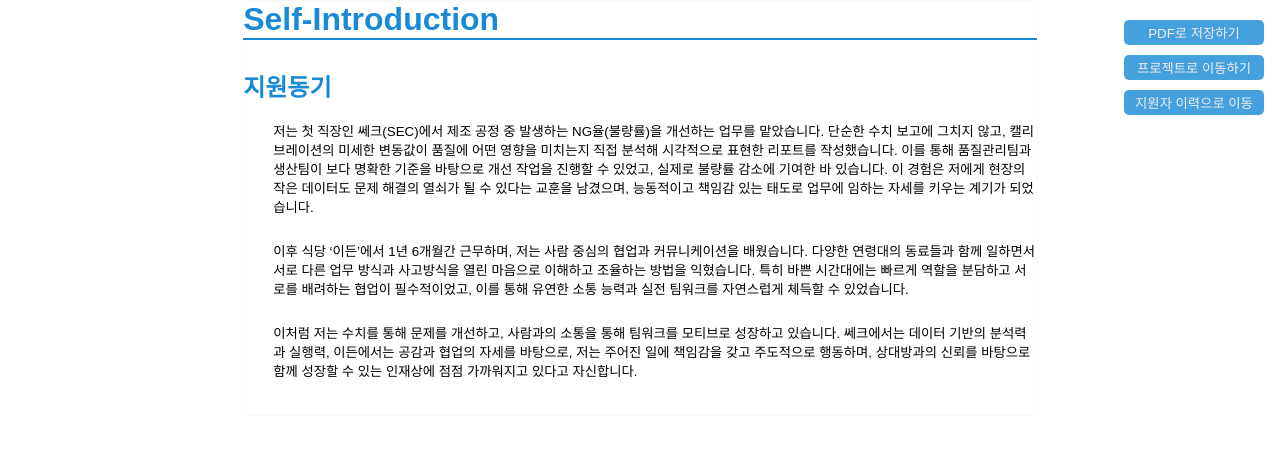
Repository: DooBae-KR/MySelf
Page: /myIntro
These files come from the project's save history. The page is drawn as it stood at one moment and after the next save; the edit follows.
The browser window is 1280 px wide. The pictures show the whole page.
The project was rebuilt for these pictures with package versions that can differ from the ones it lists, and the page was loaded fresh each time. Also part of the build but not shown: src/data/ProjectData.js, src/pages/Project.js, src/data/MyInform.js, src/pages/Myself.js.

Above is the page before, as saved 2025-07-24 19:23:18.

After the next save:
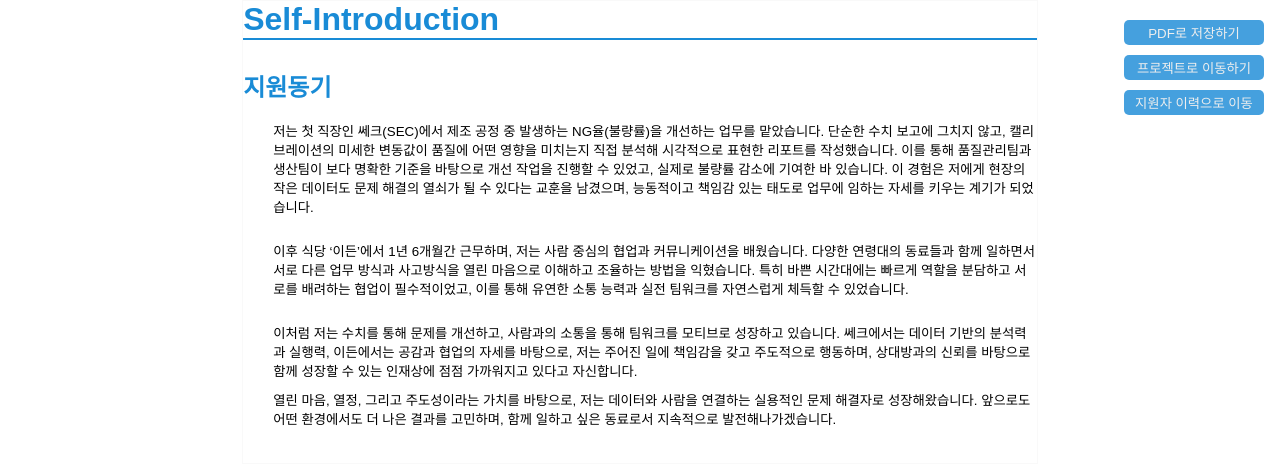
Saved 11 s later.
--- a/src/pages/MyIntroduce.js
+++ b/src/pages/MyIntroduce.js
@@ -17,6 +17,7 @@
                                 <pre>{item.context1}</pre><br/>
                                 <pre>{item.context2}</pre><br/>
                                 <pre>{item.context3}</pre>
+                                <pre>{item.end}</pre>
                             </div>
                         </div>
                     ))}
